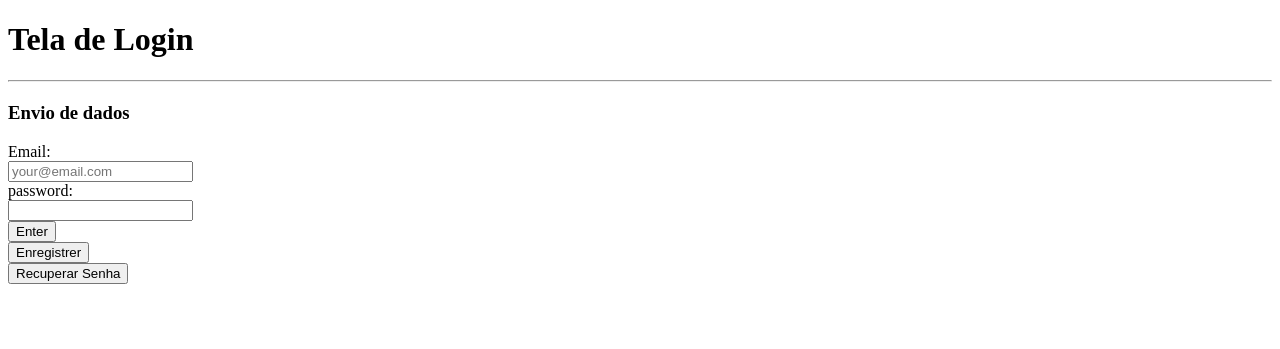
Repository: MarcioFreitasUFSC21/FrontEnd-part-1
Page: index.html
The author's editor kept a copy of each file at every save. The page is drawn from the files as they stood at one save, then again after a run of saves.
The browser window is 1280 px wide. The pictures show the whole page.

Above is the page before, as saved 2023-04-22 19:54:04.

### index.html
<!DOCTYPE html>
<html lang="pt-br>
<head>
    <meta charset="UTF-8">
    <meta http-equiv="X-UA-Compatible" content="IE=edge">
    <meta name="viewport" content="width=device-width, initial-scale=1.0">
    <title>Controle Gastos</title>
</head>
<body>
    <h1> Tela de Login </h1>
    <hr>
    <form>
        <div>
            <h2>
                <h3> Envio de dados</h3>
                    <div>
                        <label type = "email"> Email: </label> <br>
                        <input type = "email" placeholder="your@email.com" ></input>
                        <div>
                            <label type = "password"> password: </label>
                            <div>
                               <input type = "password"> </input>
                            </div>
                        </div>
                        <button type = "button" action = "save" onclick="alert('exemple')"> Enter</button>
                    </div>
                <div>
                    <button  type = "button  class = "solid">Enregistrer</button>
                </div>
                <div>
                    <button type = "button" class = "outline">Recuperar Senha</button>
                </div>



            </h2>
        </div>
    </form>
</body>
</html>

After the next 6 saves:
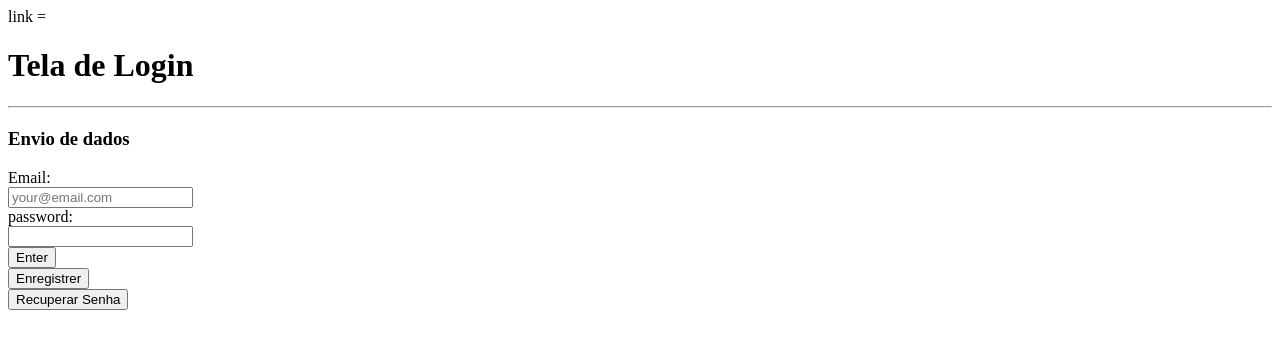
The 6 saves are shown as one change because they came seconds apart.
The last was saved 47 s later.
--- a/index.html
+++ b/index.html
@@ -5,6 +5,7 @@
     <meta http-equiv="X-UA-Compatible" content="IE=edge">
     <meta name="viewport" content="width=device-width, initial-scale=1.0">
     <title>Controle Gastos</title>
+    link =
 </head>
 <body>
     <h1> Tela de Login </h1>

After the save that followed:
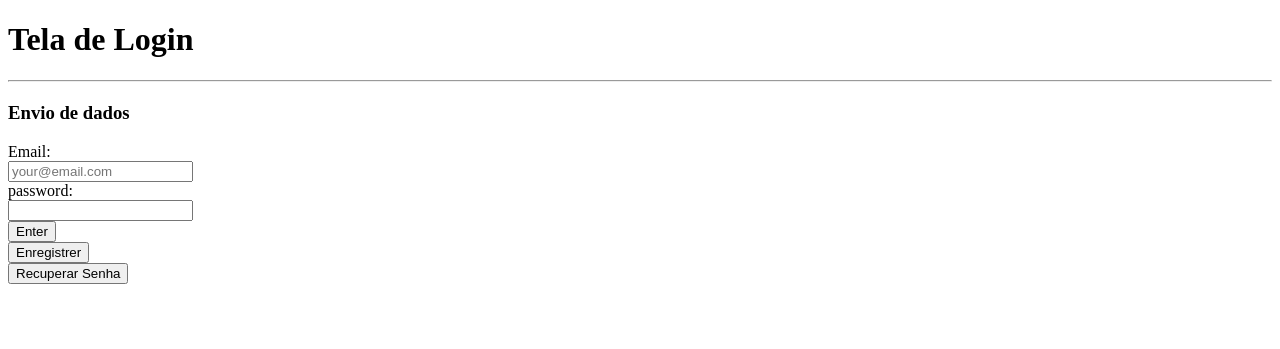
Saved 10 s later.
--- a/index.html
+++ b/index.html
@@ -5,7 +5,7 @@
     <meta http-equiv="X-UA-Compatible" content="IE=edge">
     <meta name="viewport" content="width=device-width, initial-scale=1.0">
     <title>Controle Gastos</title>
-    link =
+    <link =
 </head>
 <body>
     <h1> Tela de Login </h1>
